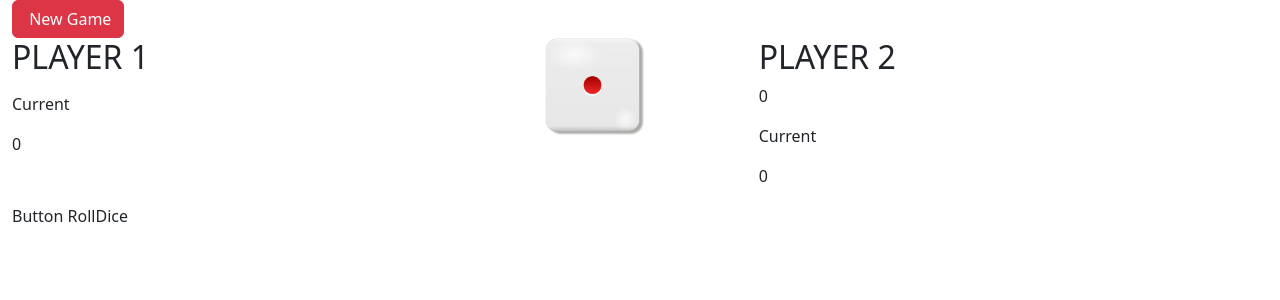
Repository: haifabilel/Eval_JAVASCRIPT
Page: index.html
The author's editor kept a copy of each file at every save. The page is drawn from the files as they stood at one save, then again after a run of saves.
The browser window is 1280 px wide. The pictures show the whole page.
Some icons come from a web library that is not loaded, so they are not drawn. Some web libraries are served in a nearby version.

Above is the page before, as saved 2023-06-01 18:41:22.

After the next 2 saves:
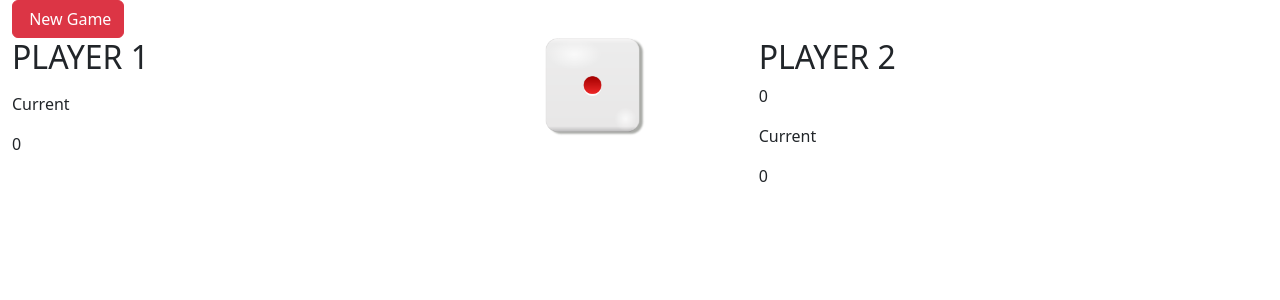
The 2 saves are shown as one change because they came seconds apart.
The last was saved 6 s later.
--- a/index.html
+++ b/index.html
@@ -49,7 +49,8 @@
              </div>
         </div>
     </main>
-    Button RollDice
+    <!-- Button RollDice -->
+
     </div>
 
 
